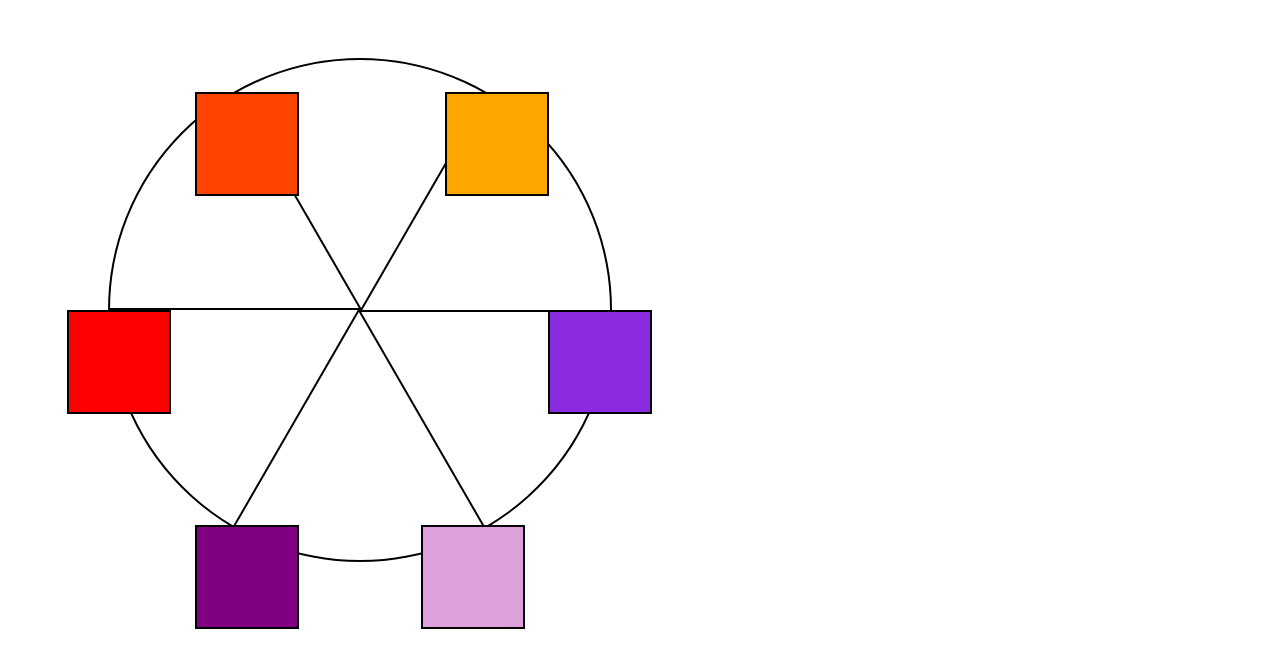
Repository: Lungdjos/ferris_wheel
Page: index.html
These files come from the project's save history. The page is drawn as it stood at one moment and after a run of saves; the edit follows.
The browser window is 1280 px wide. The pictures show the whole page.

Above is the page before, as saved 2024-01-11 11:06:46.

### index.html
<!DOCTYPE html>
<html lang="en">

<head>
    <meta charset="UTF-8">
    <meta name="viewport" content="width=device-width, initial-scale=1.0">
    <title>Ferris Wheel</title>
    <link rel="stylesheet" href="./styles.css">
</head>

<body>
    <div class="wheel">
        <span class="line"></span>
        <span class="line"></span>
        <span class="line"></span>
        <span class="line"></span>
        <span class="line"></span>
        <span class="line"></span>
        <div class="cabin"></div>
        <div class="cabin"></div>
        <div class="cabin"></div>
        <div class="cabin"></div>
        <div class="cabin"></div>
        <div class="cabin"></div>
    </div>

</body>

</html>

### styles.css
/* styling for the wheel */

.wheel {
    border: 2px solid black;
    border-radius: 50%;
    margin-left: 100px;
    margin-top: 50px;
    position: absolute;
    height: 55vw;
    width: 55vw;
    max-width: 500px;
    max-height: 500px;
    animation-name: wheel;
    animation-duration: 10s;
    animation-iteration-count: infinite;
    animation-timing-function: linear;
}


/* styling for the line */

.line {
    background-color: black;
    height: 2px;
    width: 50%;
    top: 50%;
    left: 50%;
    position: absolute;
    transform-origin: 0% 0%;
}

.line:nth-of-type(2) {
    transform: rotate(60deg);
}

.line:nth-of-type(3) {
    transform: rotate(120deg);
}

.line:nth-of-type(4) {
    transform: rotate(180deg);
}

.line:nth-of-type(5) {
    transform: rotate(240deg);
}

.line:nth-of-type(6) {
    transform: rotate(-60deg);
}


/* styling for the cabin */

.cabin {
    background-color: red;
    width: 20%;
    height: 20%;
    border: 2px solid;
    position: absolute;
    transform-origin: 50% 0%;
    animation: cabins 10s ease-in-out infinite;
    animation-duration: 10s;
    animation-iteration-count: infinite;
    animation-timing-function: linear;
}

.cabin:nth-of-type(1) {
    right: -8.5%;
    top: 50%;
}

.cabin:nth-of-type(2) {
    right: 17%;
    top: 93.5%;
    background-color: orangered;
}

.cabin:nth-of-type(3) {
    right: 67%;
    top: 93.5%;
    background-color: orange;
}

.cabin:nth-of-type(4) {
    left: -8.5%;
    top: 50%;
    background-color: blueviolet;
}

.cabin:nth-of-type(5) {
    left: 17%;
    top: 7%;
    background-color: plum;
}

.cabin:nth-of-type(6) {
    right: 17%;
    top: 7%;
    background-color: purple;
}


/* animation styling */


/* animation for the wheel */

@keyframes wheel {
    0% {
        transform: rotate(0deg);
    }
    100% {
        transform: rotate(360deg);
    }
}


/* animation for the cabins */

@keyframes cabins {
    0% {
        transform: rotate(0deg);
    }
    100% {
        transform: rotate(-360deg);
    }
}

After the next 2 saves:
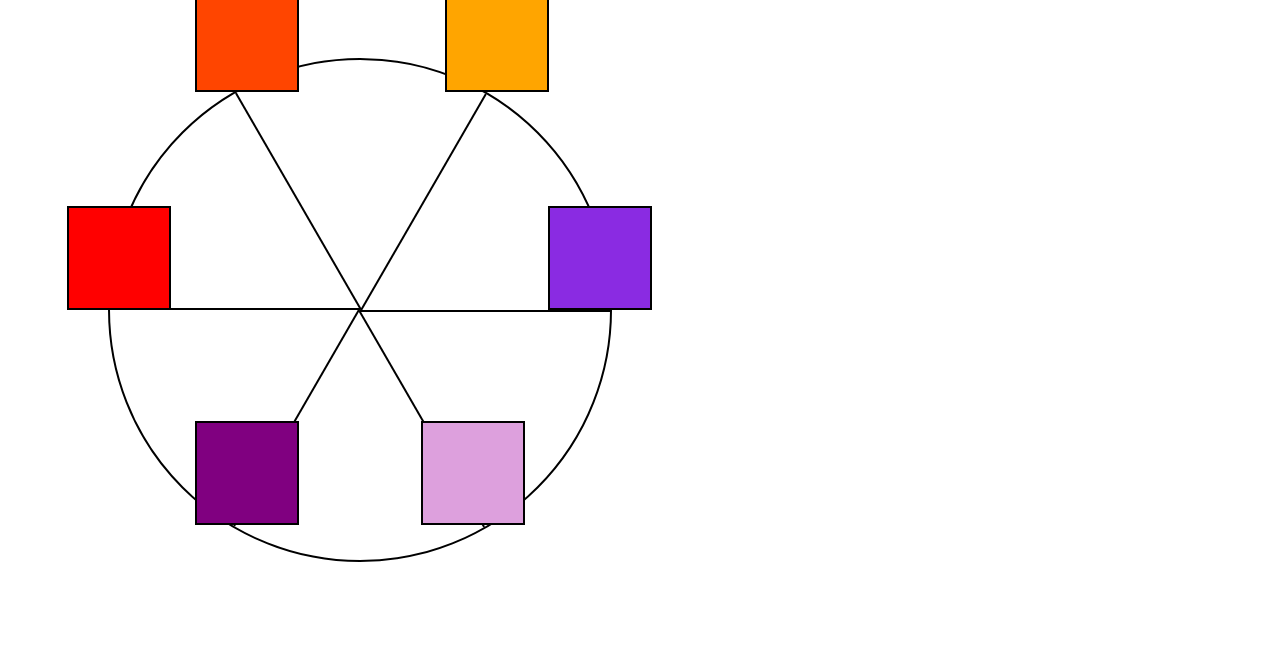
The 2 saves are shown as one change because they came seconds apart.
The last was saved 6 s later.
--- a/styles.css
+++ b/styles.css
@@ -59,7 +59,7 @@
     border: 2px solid;
     position: absolute;
     transform-origin: 50% 0%;
-    animation: cabins 10s ease-in-out infinite;
+    animation: cabins 10s ease-in-out linear infinite;
     animation-duration: 10s;
     animation-iteration-count: infinite;
     animation-timing-function: linear;

After the 2 saves that followed:
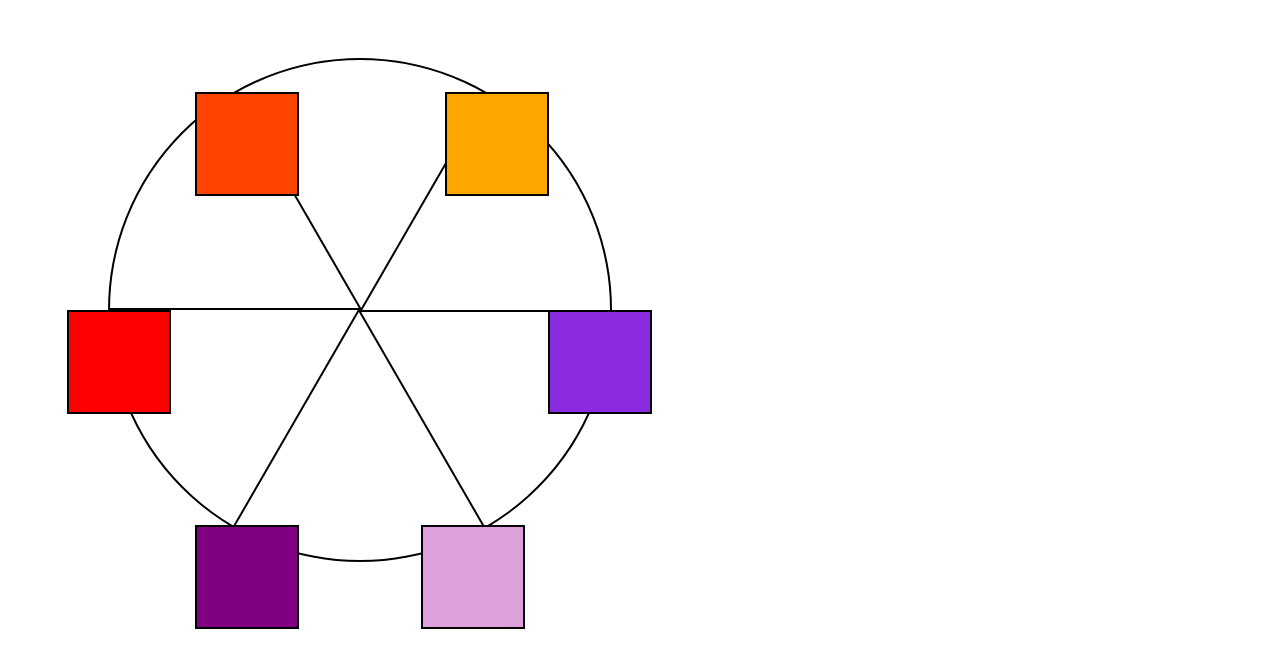
The 2 saves are shown as one change because 1 left the picture as it was.
The last was saved 93 s later.
--- a/styles.css
+++ b/styles.css
@@ -59,10 +59,8 @@
     border: 2px solid;
     position: absolute;
     transform-origin: 50% 0%;
-    animation: cabins 10s ease-in-out linear infinite;
-    animation-duration: 10s;
-    animation-iteration-count: infinite;
-    animation-timing-function: linear;
+    animation: cabins 10s ease-in-out infinite;
+    animation: cabins 10s ease-in-out infinite;
 }
 
 .cabin:nth-of-type(1) {
